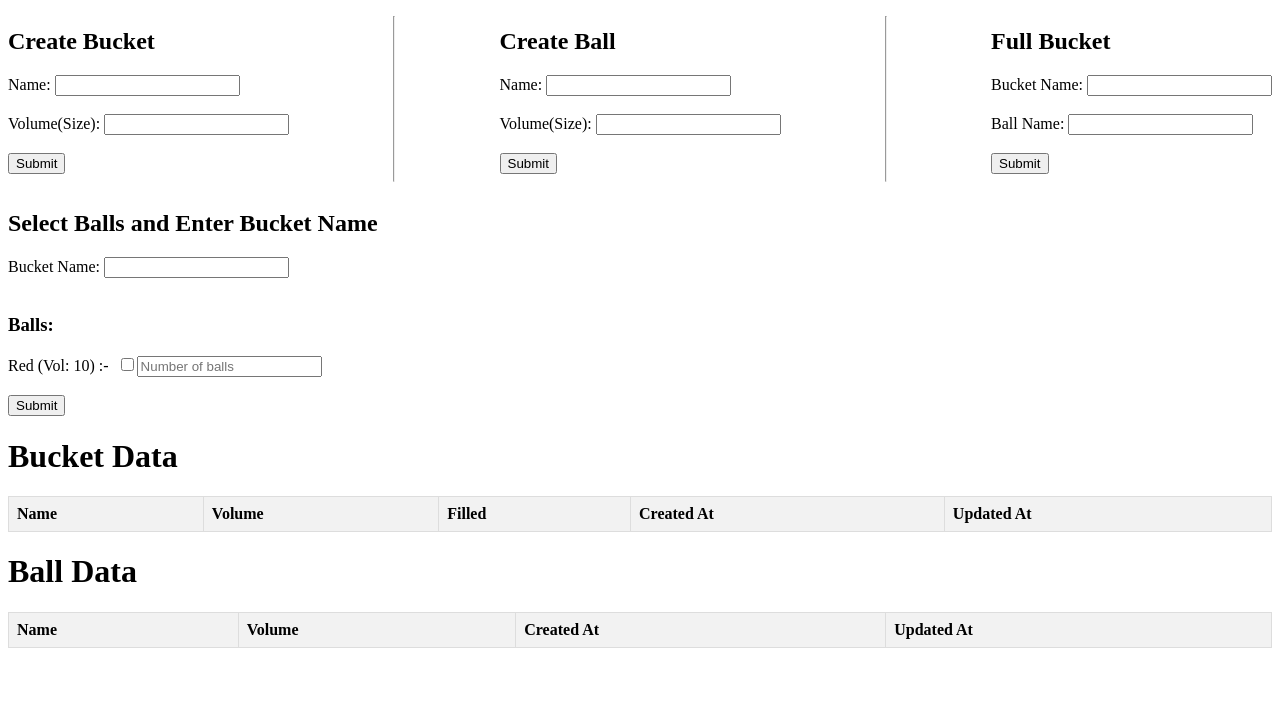
Repository: RajatPalankar8/nodejs_bucket_ball_task_new
Page: http://localhost/
The author's editor kept a copy of each file at every save. The page is drawn from the files as they stood at one save, then again after the next save.
The browser window is 1280 px wide. The pictures show the whole page.
The page is served by the project's Node server (index.js). Queries for data that is not in the repository find no rows.

Above is the page before, as saved 2023-07-28 11:32:23.

After the next save:
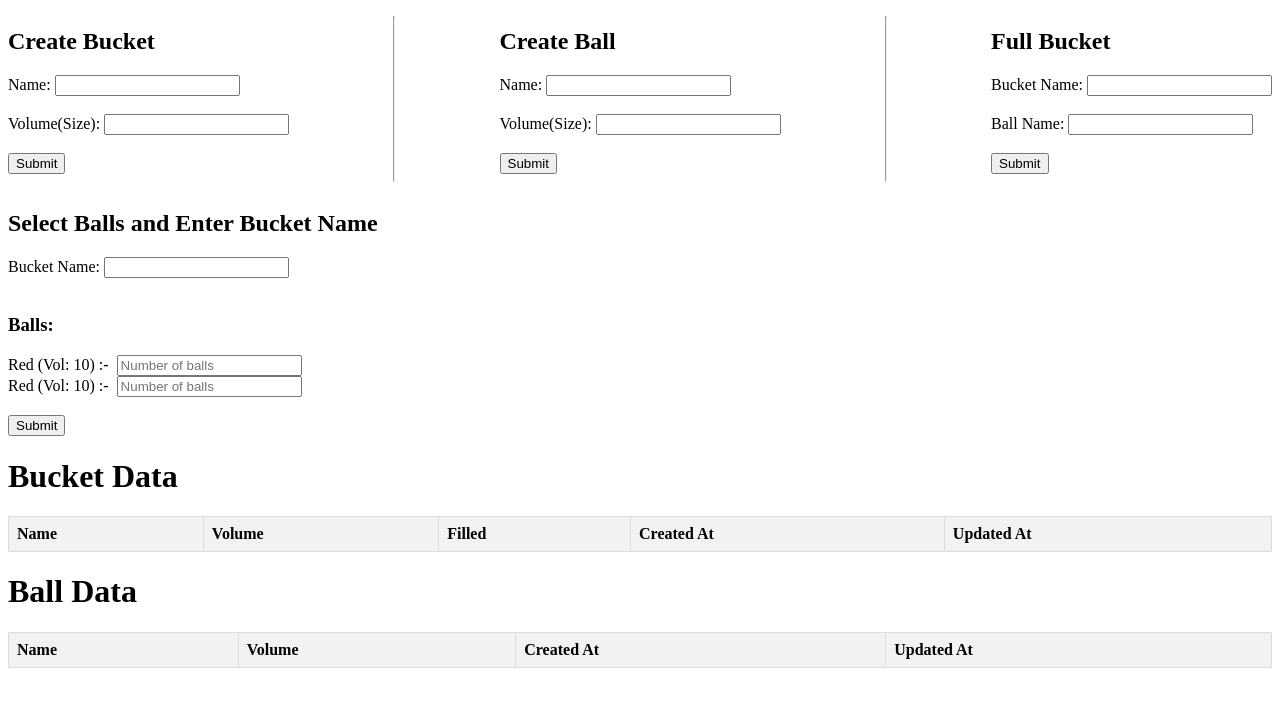
Saved 16 s later.
--- a/views/index.ejs
+++ b/views/index.ejs
@@ -233,6 +233,13 @@
       "name": "Red",
       "vol": 10
     },
+    {
+      "_id": {
+        "$oid": "64b3c8d344dc14d9ae78e18d"
+      },
+      "name": "Red",
+      "vol": 10
+    },
     // Add more ball objects here if needed
   ];
 
@@ -247,9 +254,6 @@
 
       const label = document.createElement('label');
       label.innerHTML = `${ball.name} (Vol: ${ball.vol}) :- &nbsp;`;
-
-      label.appendChild(checkbox,('&nbsp;'));
-
       const inputField = document.createElement('input');
       inputField.type = 'number';
       inputField.name = `ball_${ball._id.$oid}`; // Each input field will have a unique name
